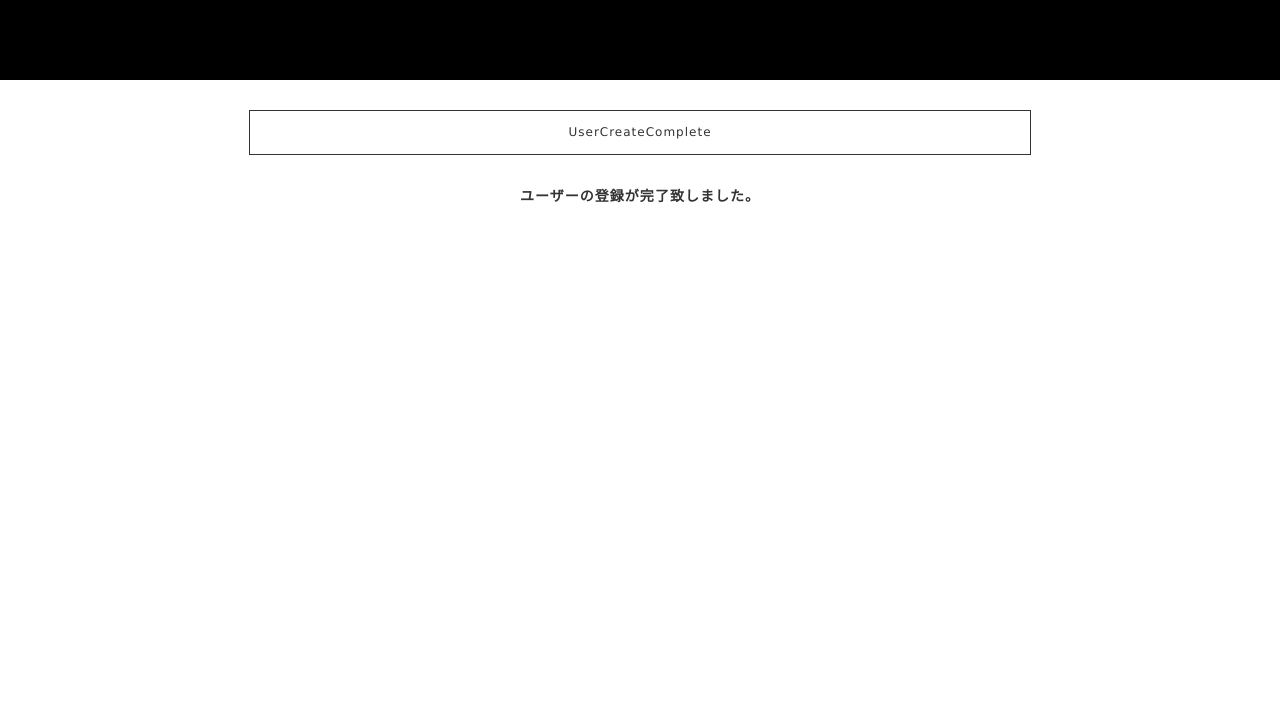
Repository: NoriakiYasumura/test01
Page: http://localhost/template2/userCreateComplete.jsp
The author's editor kept a copy of each file at every save. The page is drawn from the files as they stood at one save, then again after the next save.
The browser window is 1280 px wide. The pictures show the whole page.
The page is served by Tomcat 9.

Above is the page before, as saved 2019-04-22 08:03:32.

After the next save:
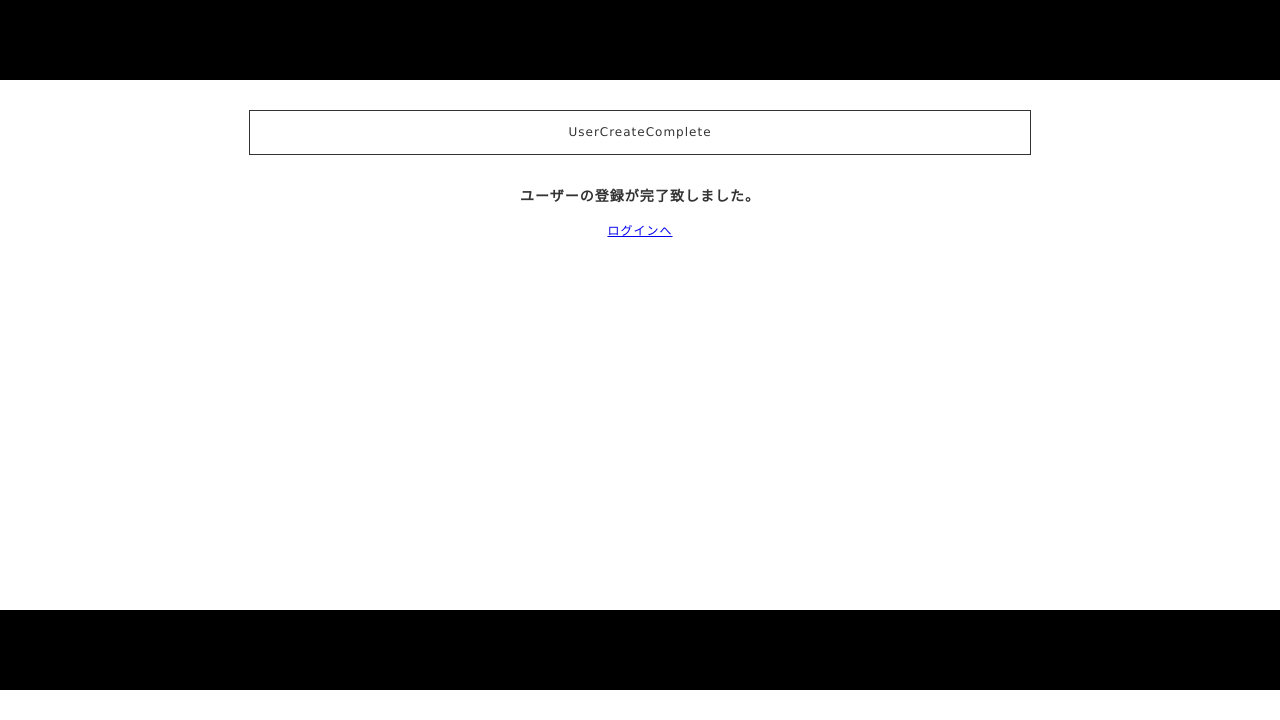
Saved 106 s later.
--- a/template2/WebContent/userCreateComplete.jsp
+++ b/template2/WebContent/userCreateComplete.jsp
@@ -56,10 +56,15 @@
 
 		<div id="main">
 			<div id="top"><p>UserCreateComplete</p></div>
-			<div><h3>ユーザーの登録が完了致しました。</h3></div>
+			<div>
+				<h3>ユーザーの登録が完了致しました。</h3>
+				<div>
+					<a href='<s:url action="HomeAction"/>'>ログインへ</a>
+				</div>
+			</div>
 
 		</div>
 
-
+		<div id="footer"></div>
 	</body>
 </html>
